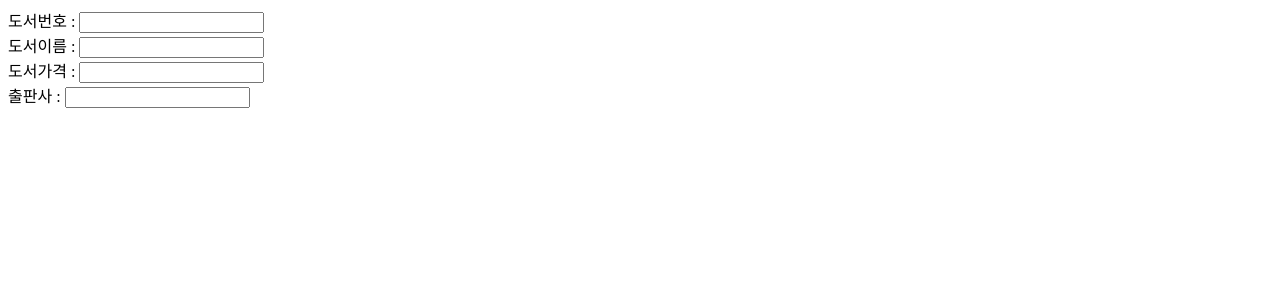
Repository: kimwoongasd/JSPAndServlet
Page: http://localhost/day1221/20_insertBook.jsp
These files come from the project's save history. The page is drawn as it stood at one moment and after the next save; the edit follows.
The browser window is 1280 px wide. The pictures show the whole page.
The page is served by Tomcat 9.

Above is the page before, as saved 2023-12-21 05:28:03.

After the next save:
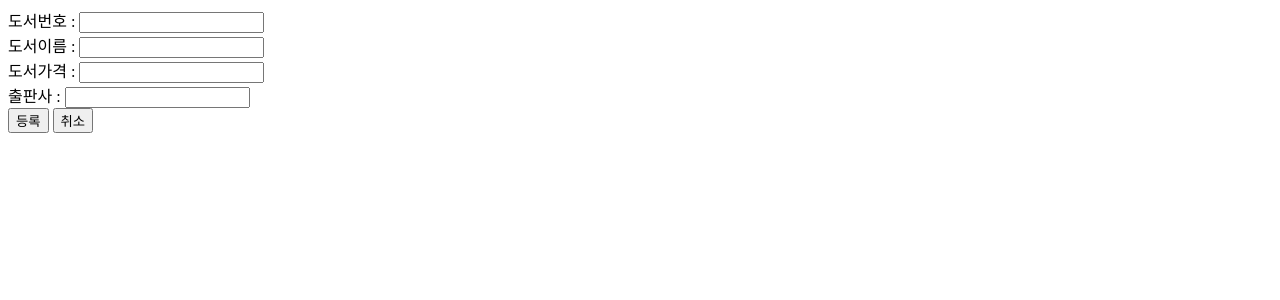
Saved 26 s later.
--- a/day1221/src/main/webapp/20_insertBook.jsp
+++ b/day1221/src/main/webapp/20_insertBook.jsp
@@ -12,6 +12,8 @@
 	도서이름 : <input type="text" name="bookname"><br>
 	도서가격 : <input type="text" name="price"><br>
 	출판사 : <input type="text" name="publisher"><br>
+	<input type="submit" value="등록">
+	<input type="reset" value="취소">
 </form>
 </body>
 </html>
